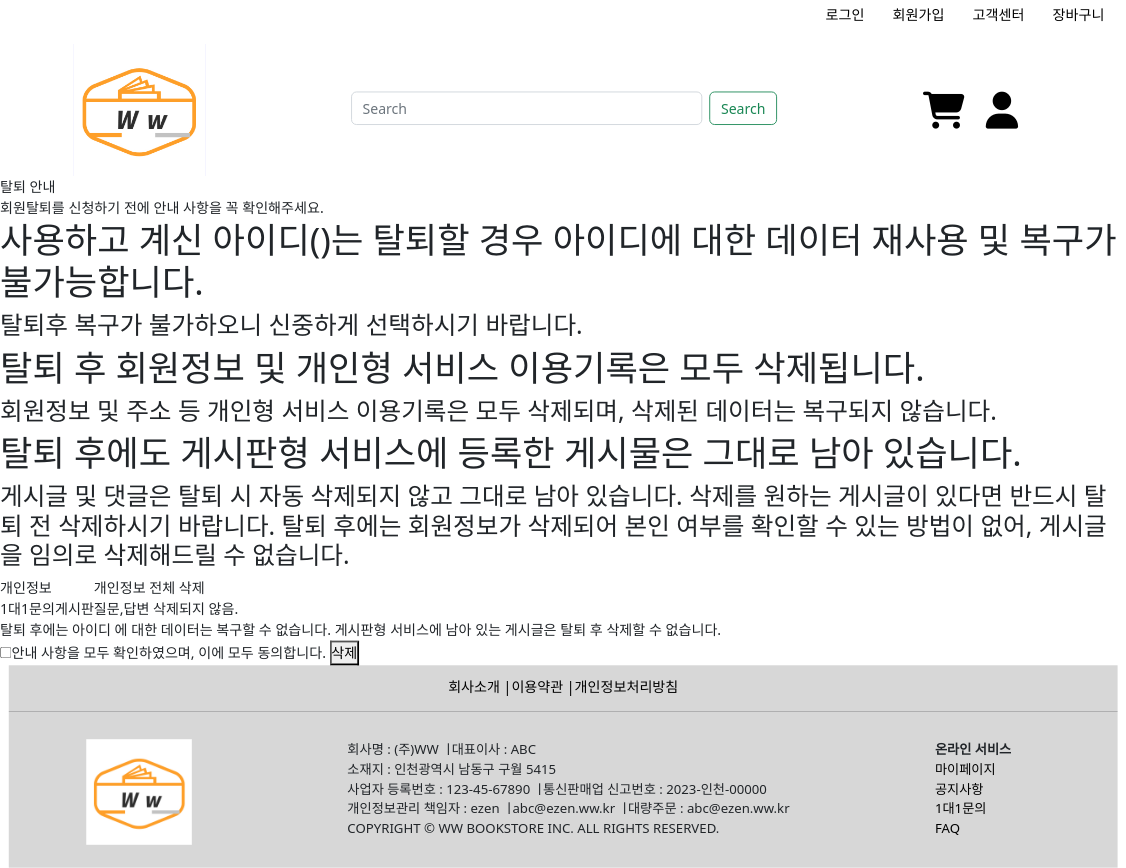
Repository: leehyeonung/project6
Page: http://localhost/book/WEB-INF/views/member/delete.jsp
These files come from the project's save history. The page is drawn as it stood at one moment and after the next save; the edit follows.
The browser window is 1280 px wide. The pictures show the whole page, at 88% of full size.
Some web libraries are served in a nearby version. The page is served by Tomcat 9. Nobody is signed in. The template is opened directly, without the code that normally fills it, so the values that code supplies are empty.

Above is the page before, as saved 2023-01-06 01:08:56.

After the next save:
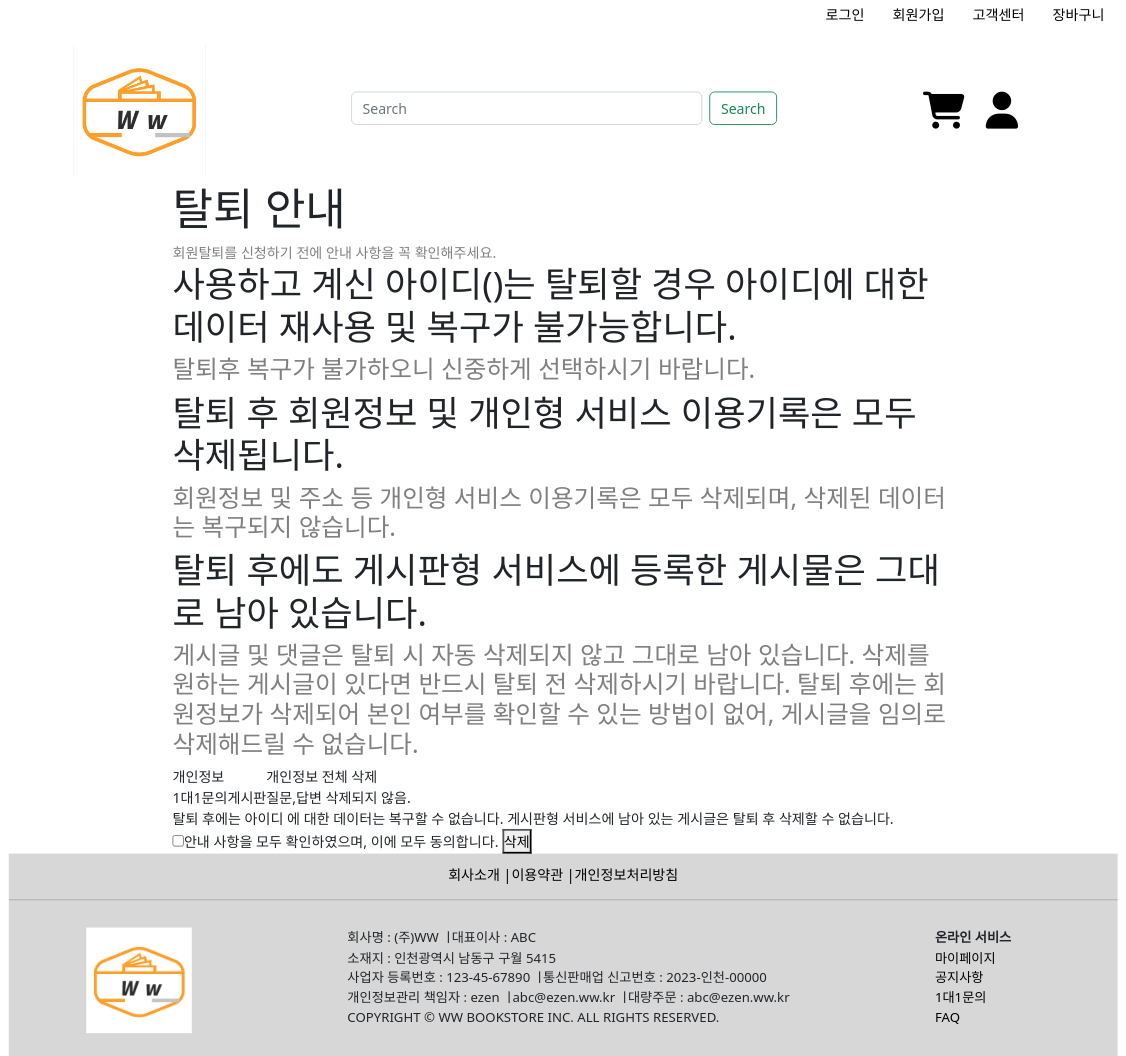
Saved 49 s later.
--- a/book/src/main/webapp/WEB-INF/views/member/delete.jsp
+++ b/book/src/main/webapp/WEB-INF/views/member/delete.jsp
@@ -1,6 +1,8 @@
 <%@ page language="java" contentType="text/html; charset=UTF-8"
     pageEncoding="UTF-8"%>
 <%@ taglib uri="http://java.sun.com/jsp/jstl/core" prefix="c"%>
+<link rel="stylesheet" type="text/css" href="/resources/css/delete.css">
+
 <!DOCTYPE html>
 <html>
 <head>
